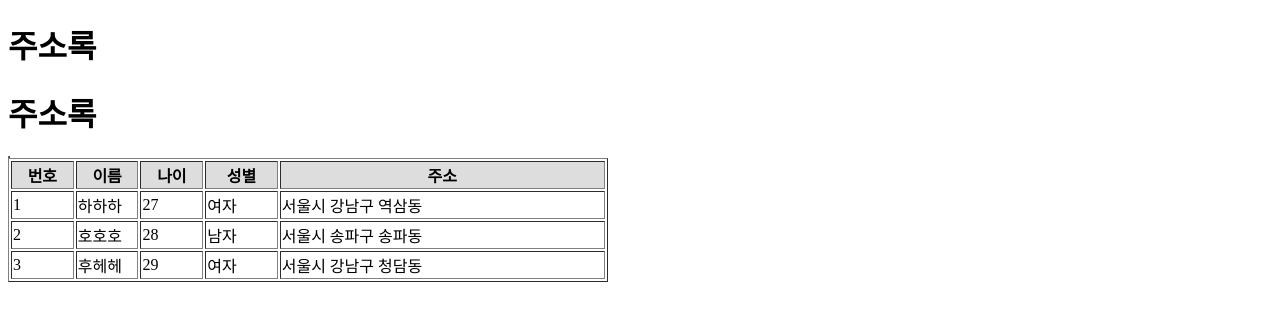
Repository: seula123/Front-End
Page: ClientTest/src/main/webapp/html/ex16_table.html
An editor plug-in stored every save of this project. The page is shown before and after the next save, followed by the edit.
The browser window is 1280 px wide. The pictures show the whole page.

Above is the page before, as saved 2023-09-21 01:10:49.

After the next save:
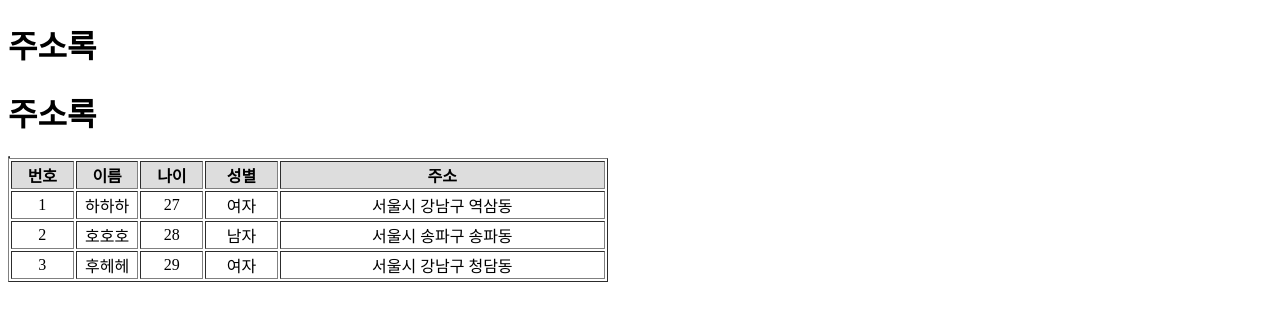
Saved 4 min 16 s later.
--- a/ClientTest/src/main/webapp/html/ex16_table.html
+++ b/ClientTest/src/main/webapp/html/ex16_table.html
@@ -36,29 +36,39 @@
 			<td align="center" width ="330"><b> 주소 </b></td>
 		</tr>
 
+		<!--
+
+			테이블 본문(데이터)
+
+			1.고정폭 > 왼쪽, 가운데
+			2.가변폭 > 왼쪽
+			3. 숫자 > 우측(자릿수 때문에)
 
 
-		<!-- 테이블 본문(데이터) -->
+		-->
+
+
+
 	<tr >
-		<td> 1 </td>
-		<td> 하하하 </td>
-		<td> 27 </td>
-		<td> 여자 </td>
-		<td> 서울시 강남구 역삼동 </td>
+		<td align="center"> 1 </td>
+		<td align="center"> 하하하 </td>
+		<td align="center"> 27 </td>
+		<td align="center"> 여자 </td>
+		<td align="center"> 서울시 강남구 역삼동 </td>
 	</tr>
 	<tr>
-		<td> 2 </td>
-		<td> 호호호 </td>
-		<td> 28 </td>
-		<td> 남자 </td>
-		<td> 서울시 송파구 송파동 </td>
+		<td align="center"> 2 </td>
+		<td align="center"> 호호호 </td>
+		<td align="center"> 28 </td>
+		<td align="center"> 남자 </td>
+		<td align="center"> 서울시 송파구 송파동 </td>
 	</tr>
 	<tr>
-		<td> 3 </td>
-		<td> 후헤헤 </td>
-		<td> 29 </td>
-		<td> 여자 </td>
-		<td> 서울시 강남구 청담동 </td>
+		<td align="center"> 3 </td>
+		<td align="center"> 후헤헤 </td>
+		<td align="center"> 29 </td>
+		<td align="center"> 여자 </td>
+		<td align="center"> 서울시 강남구 청담동 </td>
 	</tr>
 
 
